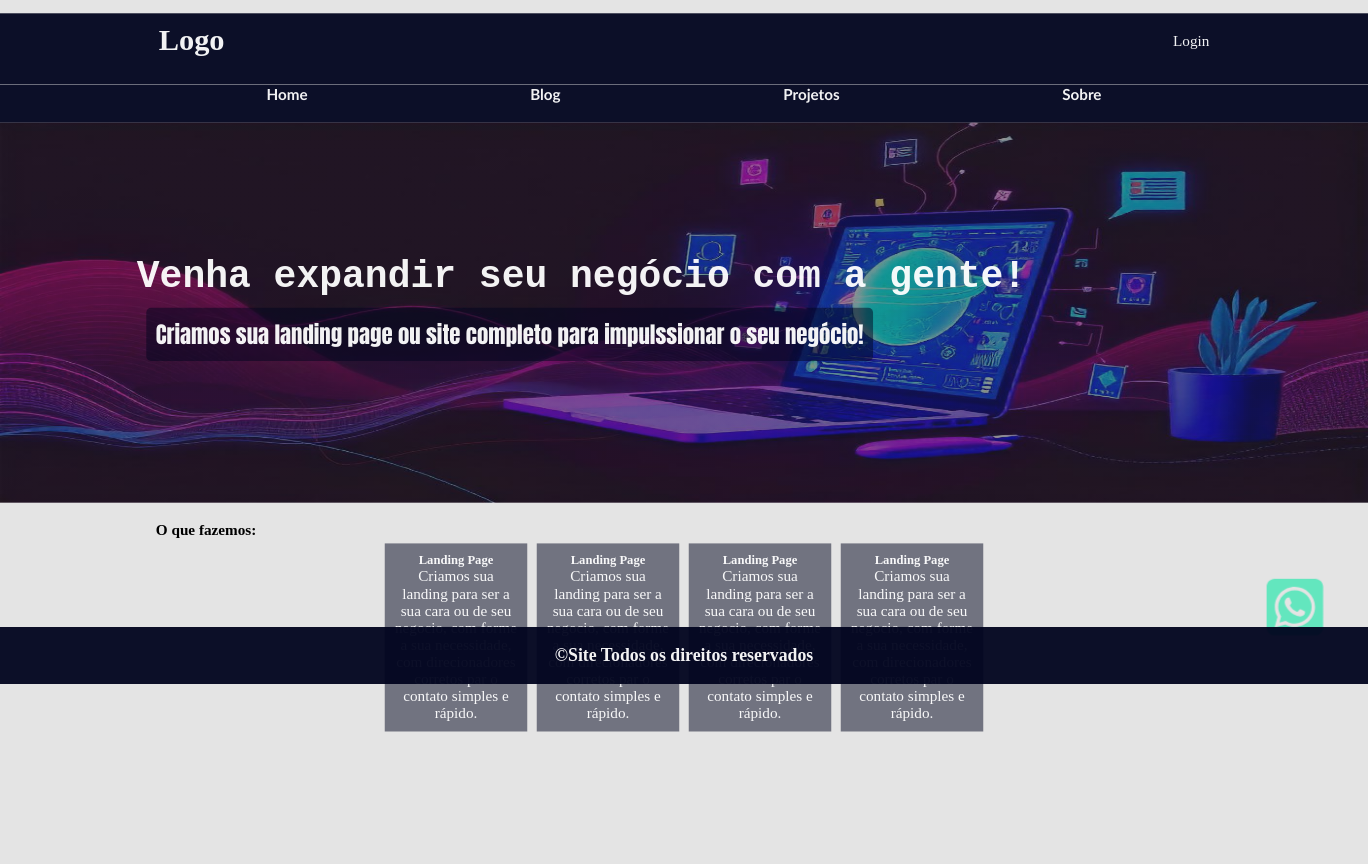
Repository: SauloMorais01/mysitefront-end
Page: index.html
An editor plug-in stored every save of this project. The page is shown before and after a run of saves, followed by the edit.
The browser window is 1440 px wide. The pictures show the whole page, at 95% of full size.
Some web libraries are served in a nearby version.

Above is the page before, as saved 2024-11-03 14:29:34.

After the next 2 saves:
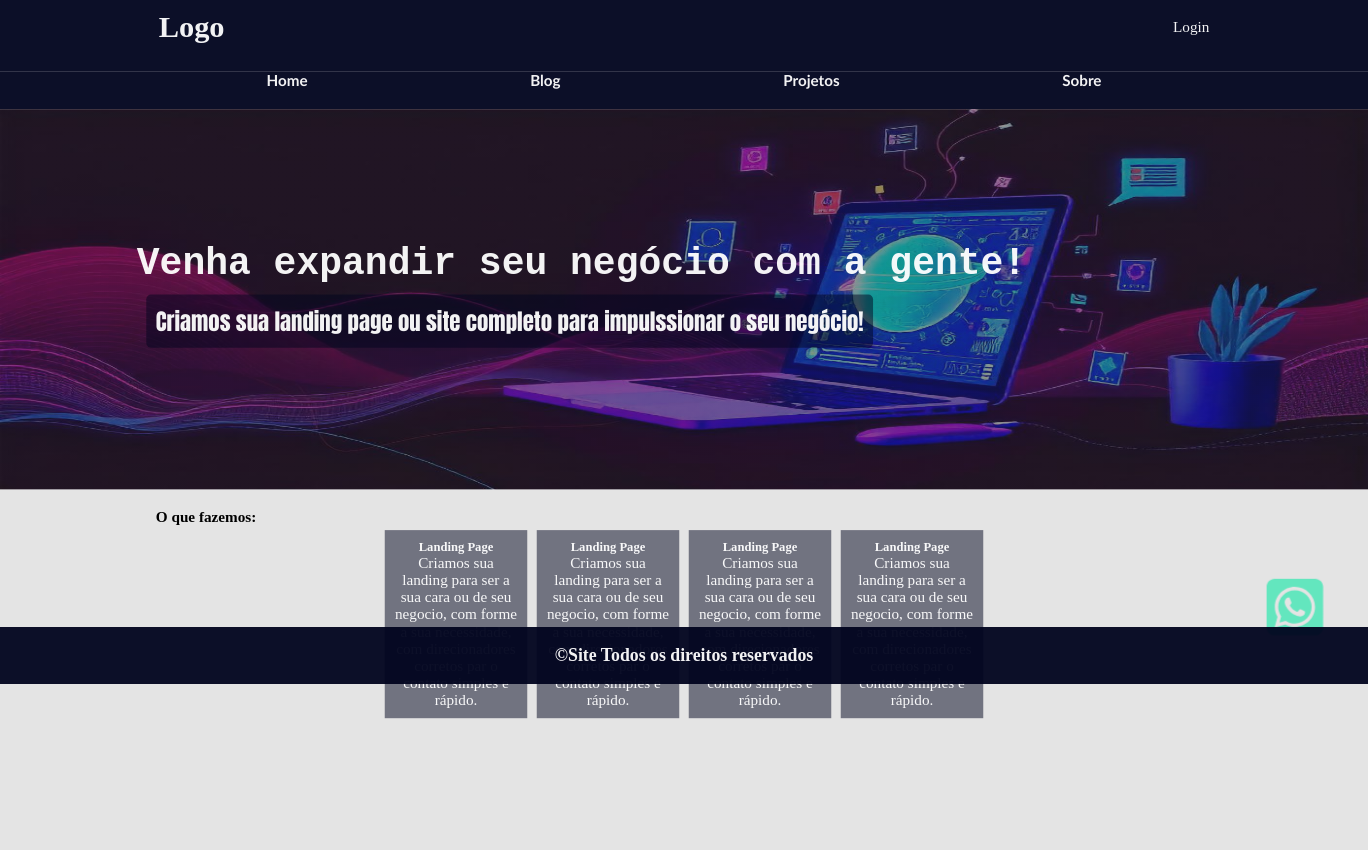
The 2 saves are shown as one change because they came seconds apart.
The last was saved 42 s later.
--- a/src/css/style.css
+++ b/src/css/style.css
@@ -837,7 +837,7 @@ footer h3 {
     }
 
     .divisor-top {
-        height: 2%;
+        height: 0%;
     }
 }
 /* End responsividade */
